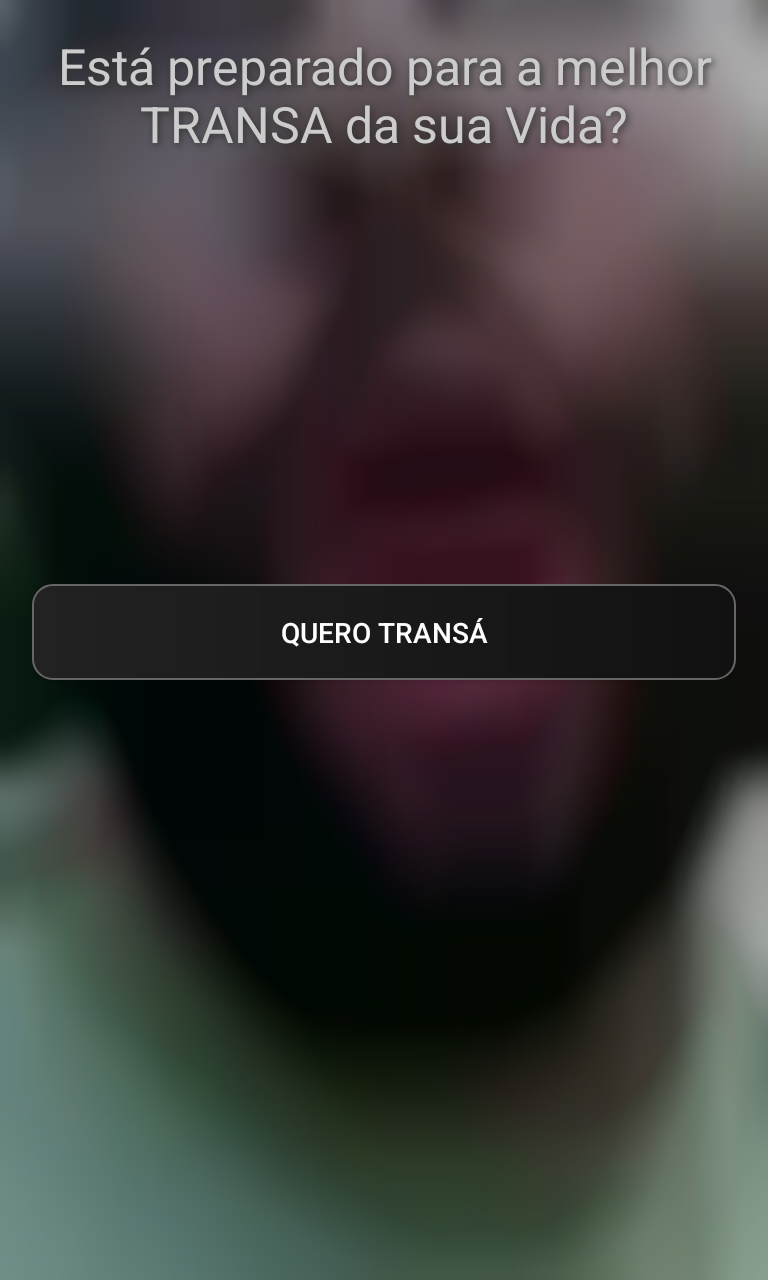
Repository: Cookahn/bioca_sounds
Layout: ChicoBiocaApp/res/layout/activity_main.xml
These files come from the project's save history. The layout is drawn as it stood at one moment and after the next save; the edit follows.
It is drawn on a 768 x 1280 px phone screen (xhdpi) without system bars, with theme AppTheme; the app's code is not run.

Above is the layout before, as saved 2014-08-12 16:06:02.

After the next save:
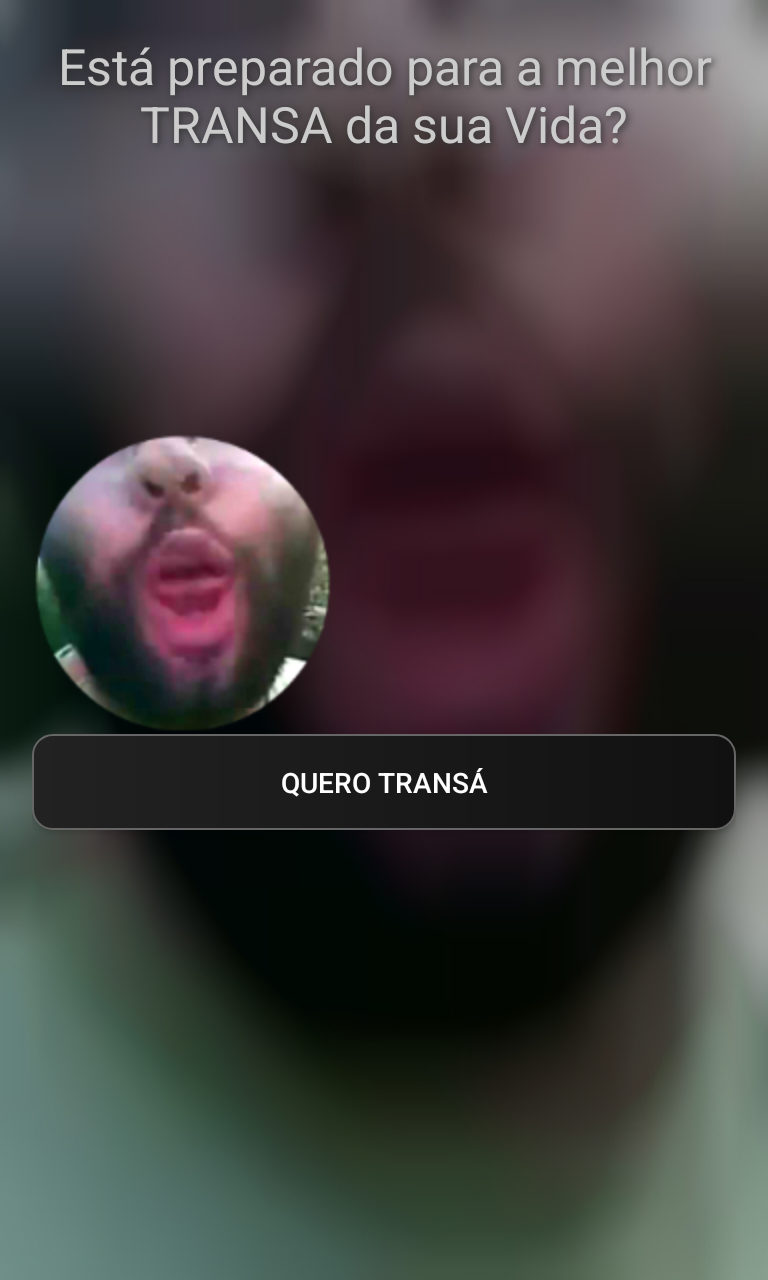
Saved 20 s later.
--- a/ChicoBiocaApp/res/layout/activity_main.xml
+++ b/ChicoBiocaApp/res/layout/activity_main.xml
@@ -30,7 +30,8 @@
 
         <ImageView
             android:layout_width="wrap_content"
-            android:layout_height="wrap_content" />
+            android:layout_height="wrap_content"
+            android:src="@drawable/foto" />
 
         <Button
             android:id="@+id/i_want_to_fuck"
